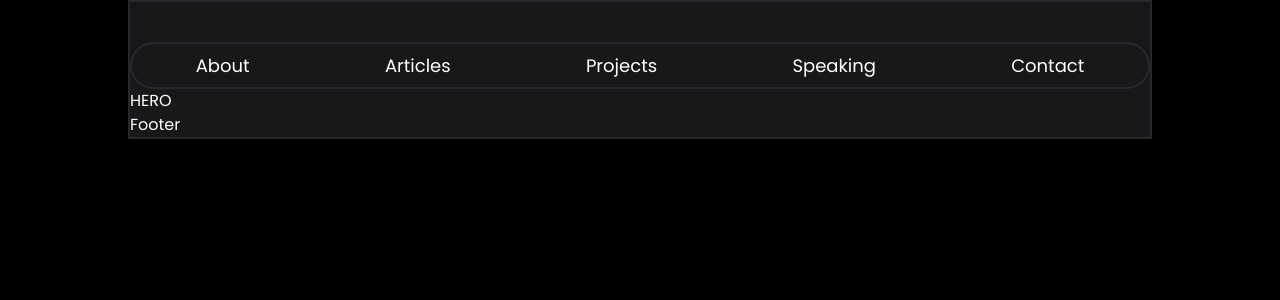
Repository: Wafaabahgat/Portfolio
Page: /
These files come from the project's save history. The page is drawn as it stood at one moment and after a run of saves; the edit follows.
The browser window is 1280 px wide. The pictures show the whole page.
The project was rebuilt for these pictures with package versions that can differ from the ones it lists, and the page was loaded fresh each time. Also part of the build but not shown: vite.config.ts, src/App.css, src/ErrorPage.tsx.

Above is the page before, as saved 2023-12-07 03:02:27.

### index.html
<!DOCTYPE html>
<html lang="en">
  <head>
    <meta charset="UTF-8" />
    <link rel="icon" type="image/svg+xml" href="/vite.svg" />
    <meta name="viewport" content="width=device-width, initial-scale=1.0" />
    <link rel="preconnect" href="https://fonts.googleapis.com" />
    <link rel="preconnect" href="https://fonts.gstatic.com" crossorigin />
    <link
      href="https://fonts.googleapis.com/css2?family=Poppins:wght@200;300;400;500;600;700;800&display=swap"
      rel="stylesheet"
    />
    <title>My Portfilio</title>
  </head>
  <body>
    <div id="root"></div>
    <script type="module" src="/src/main.tsx"></script>
  </body>
</html>

### src/main.tsx
import { RouterProvider } from "react-router-dom";
import ReactDOM from "react-dom/client";
import "./index.css";
import router from "./App";

ReactDOM.createRoot(document.getElementById("root")!).render(
  <RouterProvider router={router} />
);

### src/index.css
@tailwind base;
@tailwind components;
@tailwind utilities;

* {
  font-family: "Poppins", sans-serif;
}

:root {
  --primary: #000;
  --secondary: rgb(24 24 27);
  --border: rgb(63, 63, 70, 0.4);
}
.light {
  --primary: #fff;
}

body {
  background-color: var(--primary);
  color: #fff;
}

html {
  /* max-width: 2000px; */
  margin: 0;
  padding: 0;
}

.container {
  width: 80%;
  margin-left: auto;
  margin-right: auto;
  background-color: var(--secondary);
  border: 2px solid var(--border);
}

.line {
  border: 1px solid var(--border);
  margin: 1rem 0;
}
.border-h {
  border: 2px solid var(--border);
}

### src/App.tsx
import "./App.css";
import { createBrowserRouter } from "react-router-dom";
// import Root from "@pages/root";
import Root from "./pages/root";

import { Home } from "./pages/index";
import ErrorPage from "./ErrorPage";

const router = createBrowserRouter([
  {
    path: "/",
    element: <Root />,
    errorElement: <ErrorPage />,
    children: [
      {
        index: true,
        path: "/",
        element: <Home />,
      },
    ],
  },
]);

export default router;

### src/pages/root.tsx
import { Outlet } from "react-router-dom";
import Header from "../components/layouts/Header";
import Footer from "../components/layouts/Footer";

const Root = () => {
  return (
    <div className="container">
      <Header />
      <Outlet />
      <Footer />
    </div>
  );
};

export default Root;

### src/components/layouts/Header.tsx
import { FC } from "react";

interface HeaderProps {}

const links = [
  {
    link: "/about",
    name: "about",
  },
  {
    link: "/articles",
    name: "articles",
  },
  {
    link: "/projects",
    name: "projects",
  },
  {
    link: "/speaking",
    name: "speaking",
  },
  {
    link: "/contact",
    name: "contact",
  },
];

const Header: FC<HeaderProps> = () => {
  return (
    <>
      <div className="mt-10">
        <nav >
          <ul className="flex gap-2 py-2 border-h rounded-full mx-auto">
            {links?.map((e, i) => (
              <li
                key={i}
                a={e?.link}
                className="capitalize text-[18px] mx-auto hover:text-main-light"
              >
                {e?.name}
              </li>
            ))}
          </ul>
        </nav>
      </div>
    </>
  );
};

export default Header;

### src/components/layouts/Footer.tsx
import { FC } from "react";

interface FooterProps {}

const Footer: FC<FooterProps> = () => {
  return (
    <>
      <div>Footer</div>
    </>
  );
};

export default Footer;

### src/pages/Home.tsx
import { FC } from "react";
import Hero from "../components/home/Hero";

interface HomeProps {}

const Home: FC<HomeProps> = () => {
  return (
    <>
      <div>
        <Hero />
      </div>
    </>
  );
};

export default Home;

### src/components/home/Hero.tsx
import { FC } from "react";

interface HeroProps {}

const Hero: FC<HeroProps> = () => {
  return (
    <>
      <div>HERO</div>
    </>
  );
};

export default Hero;

### tailwind.config.js
/** @type {import('tailwindcss').Config} */
export default {
  content: ["./index.html", "./src/**/*.{js,ts,jsx,tsx}"],
  darkMode: "class",
  theme: {
    extend: {
      colors: {
        main: "#252466",
        "main-light": "#3873FF",
        "sub-dark": "#252466",
        "main-dark": "#41427D",
        "text-color": "#FCFCFC",
        "text-gray": "#667085",
        "text-primary": "#9795B5",
      },
      // gridTemplateColumns: {
      //   prod: "repeat(auto-fit, minmax(130px, 1fr))",
      //   plog: "repeat(auto-fit, minmax(300px, 1fr))",
      // },
    },
  },
  plugins: [],
};

Loaded but not shown: src/pages/index.ts (common file)

After the next 6 saves:
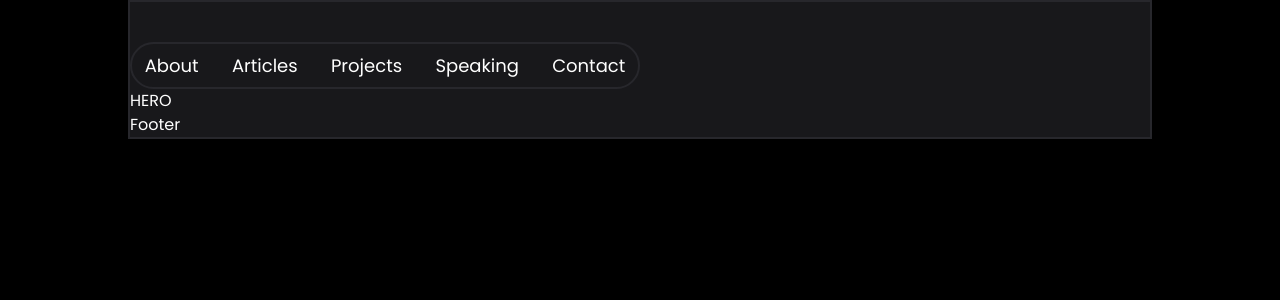
The 6 saves are shown as one change because they came seconds apart.
The last was saved 14 s later.
--- a/src/components/layouts/Header.tsx
+++ b/src/components/layouts/Header.tsx
@@ -29,7 +29,7 @@
   return (
     <>
       <div className="mt-10">
-        <nav >
+        <nav className="max-w-[50%]">
           <ul className="flex gap-2 py-2 border-h rounded-full mx-auto">
             {links?.map((e, i) => (
               <li

After the save that followed:
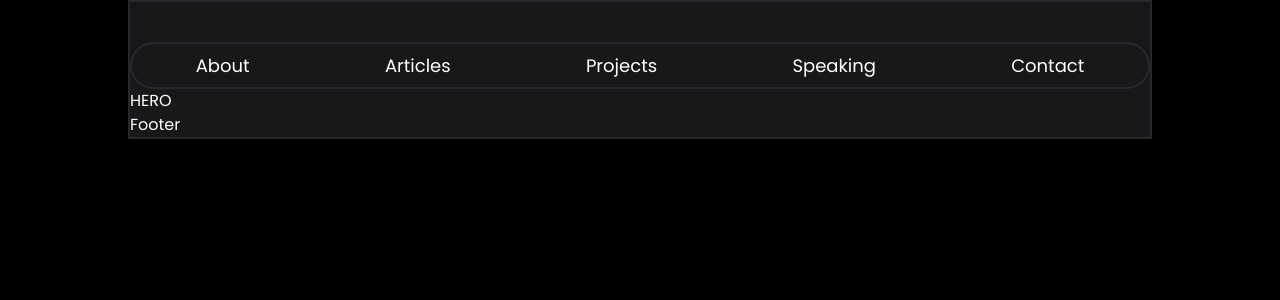
Saved 13 s later.
--- a/src/components/layouts/Header.tsx
+++ b/src/components/layouts/Header.tsx
@@ -29,7 +29,7 @@
   return (
     <>
       <div className="mt-10">
-        <nav className="max-w-[50%]">
+        <nav className="max-w-[50">
           <ul className="flex gap-2 py-2 border-h rounded-full mx-auto">
             {links?.map((e, i) => (
               <li
